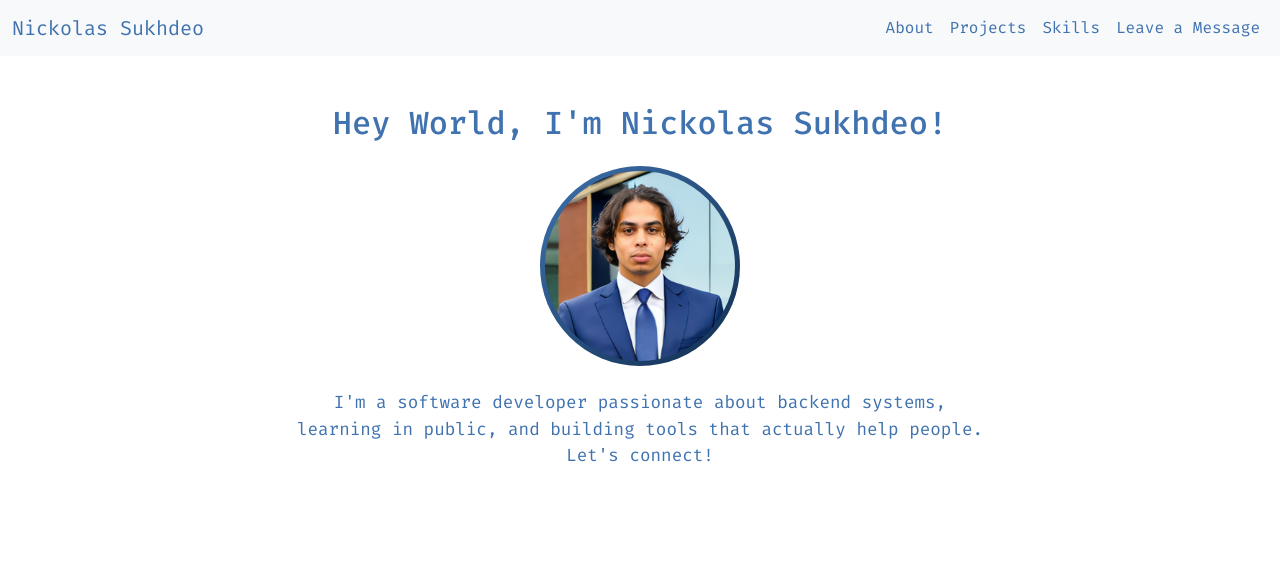
Repository: nlsukhde/porfolio
Page: index.html
An editor plug-in stored every save of this project. The page is shown before and after the next save, followed by the edit.
The browser window is 1280 px wide. The pictures show the whole page.

Above is the page before, as saved 2025-06-19 17:57:17.

After the next save:
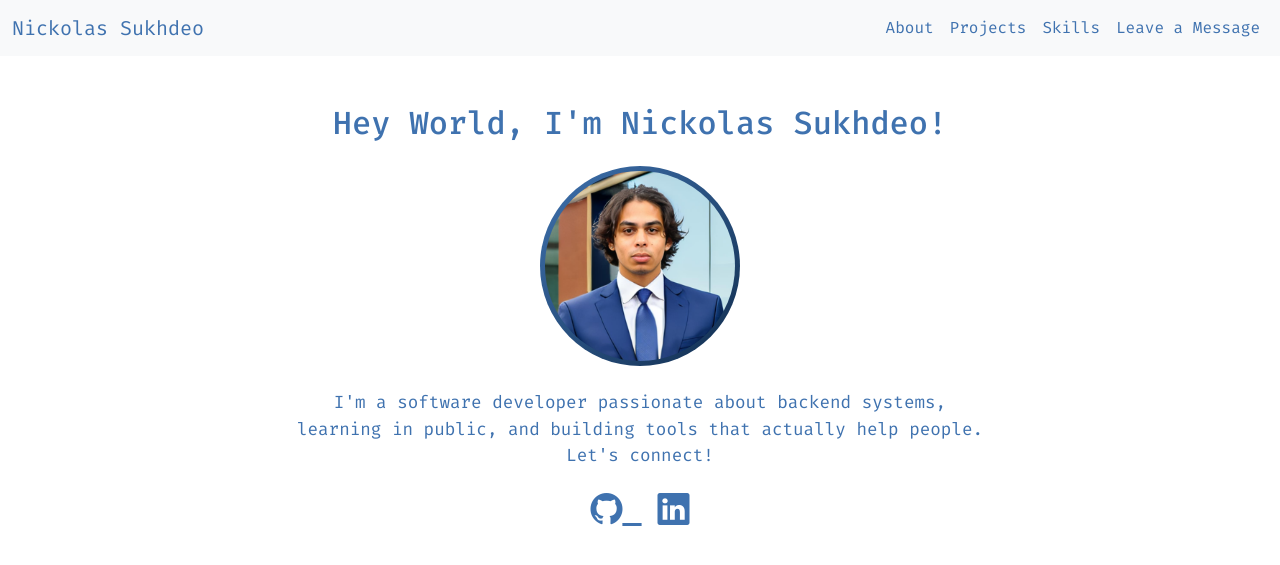
Saved 99 s later.
--- a/index.html
+++ b/index.html
@@ -14,6 +14,7 @@
 
     <!-- Bootstrap CSS -->
     <link href="https://cdn.jsdelivr.net/npm/bootstrap@5.3.7/dist/css/bootstrap.min.css" rel="stylesheet" integrity="sha384-LN+7fdVzj6u52u30Kp6M/trliBMCMKTyK833zpbD+pXdCLuTusPj697FH4R/5mcr" crossorigin="anonymous">
+    <link href="https://cdn.jsdelivr.net/npm/bootstrap-icons@1.10.5/font/bootstrap-icons.css" rel="stylesheet">
 
     <title>Nickolas Sukhdeo Portfolio</title>
 </head>
